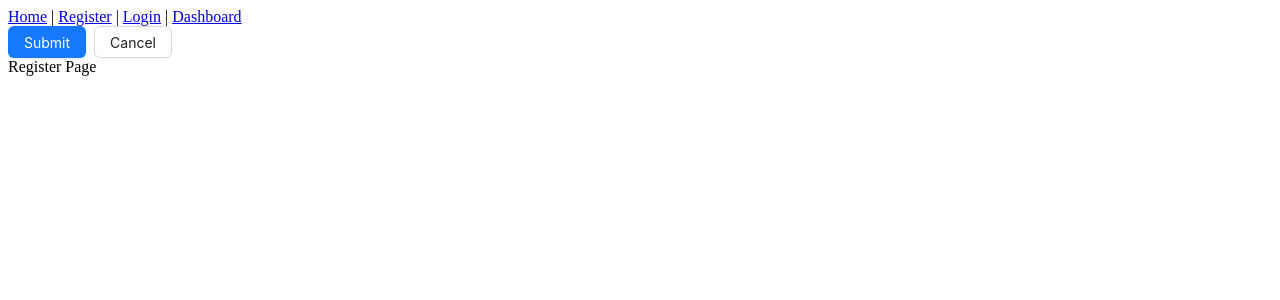
Repository: shaynewx/Airbrb
Page: /register (app in frontend/)
These files come from the project's save history. The page is drawn as it stood at one moment and after a run of saves; the edit follows.
The browser window is 1280 px wide. The pictures show the whole page.
The project was rebuilt for these pictures with package versions that can differ from the ones it lists, and the page was loaded fresh each time. Also part of the build but not shown: frontend/src/components/Home.jsx, frontend/src/components/form/apiService.jsx, frontend/src/components/form/LoginForm.jsx, frontend/src/components/Login.jsx, frontend/src/components/Dashboard.jsx.

Above is the page before, as saved 2023-11-07 12:36:10.

After the next 3 saves:
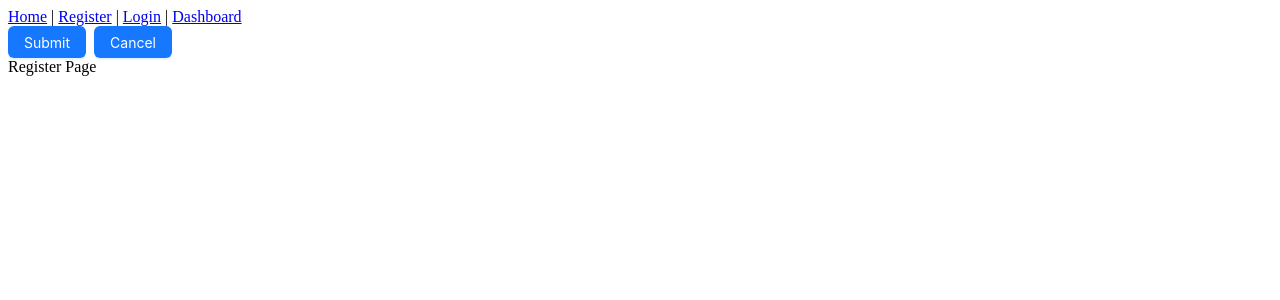
The 3 saves are shown as one change because they came seconds apart.
The last was saved 42 s later.
--- a/frontend/src/components/button/button.jsx
+++ b/frontend/src/components/button/button.jsx
@@ -3,7 +3,7 @@
 const App = () => (
   <Flex gap="small" wrap="wrap">
     <Button type="primary">Submit</Button>
-    <Button>Cancel</Button>
+    <Button type="primary">Cancel</Button>
   </Flex>
 );
 export default App;

After the save that followed:
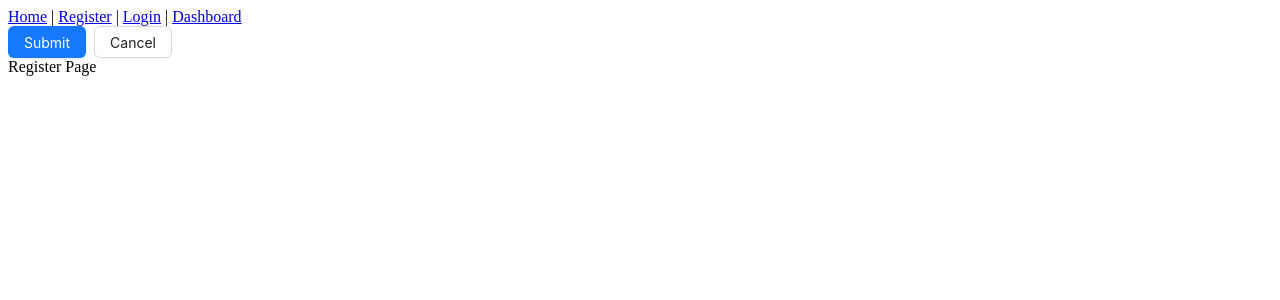
Saved 6 s later.
--- a/frontend/src/components/button/button.jsx
+++ b/frontend/src/components/button/button.jsx
@@ -3,7 +3,7 @@
 const App = () => (
   <Flex gap="small" wrap="wrap">
     <Button type="primary">Submit</Button>
-    <Button type="primary">Cancel</Button>
+    <Button >Cancel</Button>
   </Flex>
 );
 export default App;
